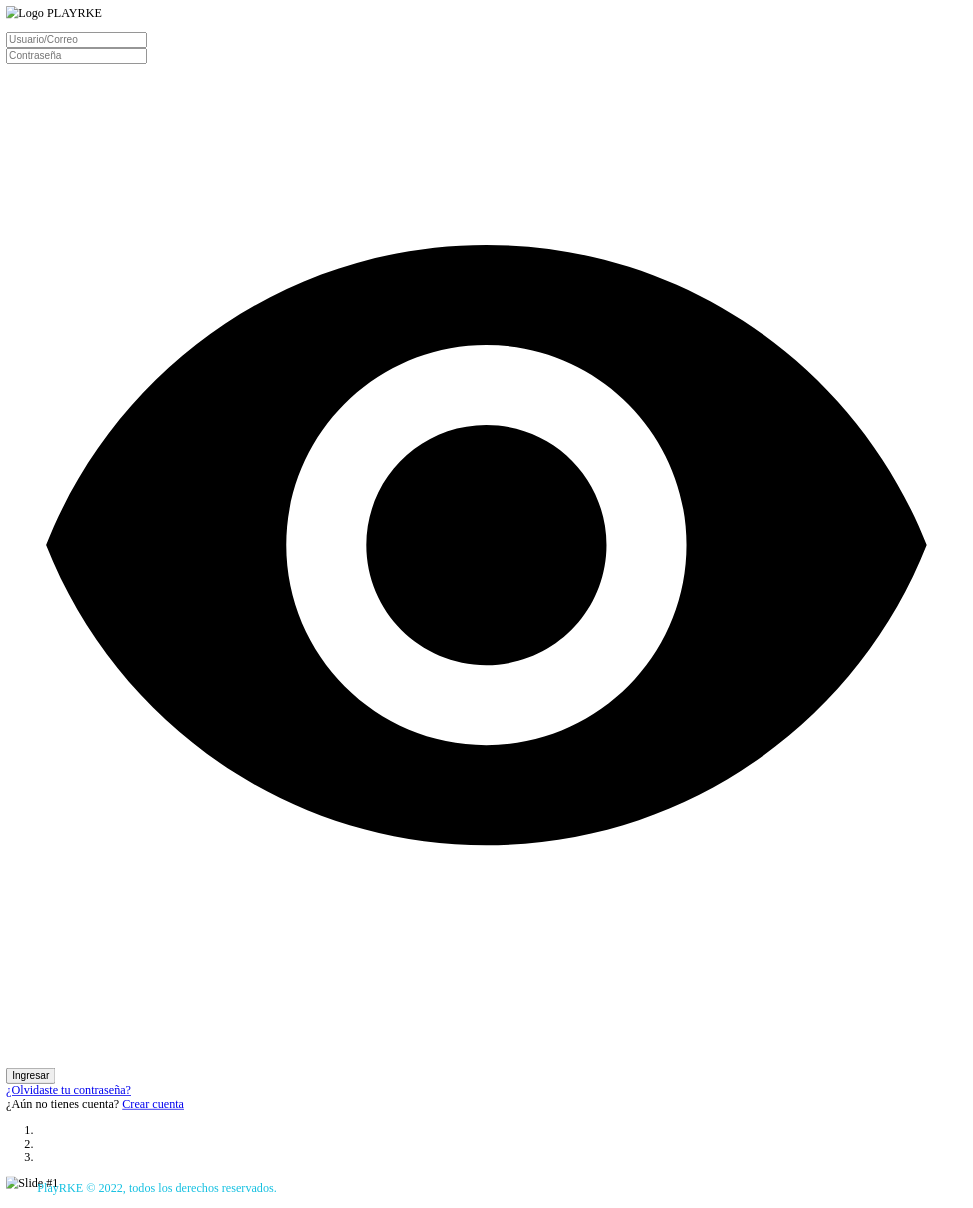
Repository: earo191/RKE
Page: http://localhost/login
The author's editor kept a copy of each file at every save. The page is drawn from the files as they stood at one save, then again after the next save.
The browser window is 1280 px wide. The pictures show the whole page, at 76% of full size.
The page is served by the project's Laravel application, run on PHP 8.4 with Laravel 8. Other server files are loaded and not shown.

Above is the page before, as saved 2022-05-31 15:12:32.
Console error: ReferenceError: $ is not defined

### routes/web.php
<?php

use Illuminate\Support\Facades\Route;

/*
|--------------------------------------------------------------------------
| Web Routes
|--------------------------------------------------------------------------
|
| Here is where you can register web routes for your application. These
| routes are loaded by the RouteServiceProvider within a group which
| contains the "web" middleware group. Now create something great!
|
 */

Route::get('/r/{referralCode}', 'Referidos\ReferralController@link')->name('referral.link');

Route::get('/cookie', function () {
    return Cookie::get('referral');
});

Route::get('/', function () {
    return view('auth.login');
});

Route::get('/modulos/admin/procesarpagos/pago_trivia', function () {
    return view('modulos.admin.procesarpagos.pago_trivia');
});



Route::get('/modulos/user/sala/index', function () {
    return view('modulos.user.sala.index');
});

Auth::routes();

Route::get('/home', 'HomeController@index')->name('home');

Route::group(['prefix' => 'usuario', 'as' => 'usuario.'], function () {
    Route::get('/', 'User\UserController@index')->name('index');
    Route::put('/{id}', 'User\UserController@update')->name('update');

});

Route::group(['prefix' => 'info', 'as' => 'info.'], function () {
    Route::get('/terminos', function () {return view('modulos.user.informacion.terminos'); })->name('terminos');
    Route::get('/quienesomos', function () {return view('modulos.user.informacion.quienesomos'); })->name('quienesomos');
    Route::get('/politicas', function () {return view('modulos.user.informacion.politicas'); })->name('politicas');

});

Route::group(['prefix' => 'recarga', 'as' => 'recarga.'], function () {
    Route::get('/', 'Recarga\RecargasController@index')->name('index');
    Route::get('/aceptadas', 'Recarga\RecargasController@aceptadas')->name('aceptadas');
    Route::get('/rechazadas', 'Recarga\RecargasController@rechazadas')->name('rechazadas');
    Route::get('/{id}', 'Recarga\RecargasController@update')->name('update');
    Route::get('/rechazar/{id}', 'Recarga\RecargasController@rechazar')->name('rechazar');

});

Route::group(['prefix' => 'trivia', 'as' => 'trivia.'], function () {
    Route::get('/', 'trivia\triviaController@index')->name('index');
    Route::get('/trivia-all', 'trivia\triviaController@list')->name('list');
    Route::get('/CrearTrivia', 'trivia\triviaController@create')->name('create');
    Route::post('store', 'trivia\triviaController@store')->name('store');
    Route::get('/{id}', 'trivia\triviaController@show')->name('show');


});

Route::group(['prefix' => 'monedero', 'as' => 'monedero.'], function () {
    Route::get('/', 'monedero\MonederoController@index')->name('index');
    Route::get('/Crear', 'monedero\MonederoController@create')->name('create');
    Route::get('/tranferencia', 'monedero\MonederoController@createTranferencia')->name('createTransfer');
    Route::post('store', 'monedero\MonederoController@store')->name('store');
    // Route::post('store/transfer', 'monedero\MonederoController@storeTranfer')->name('storeTranfer');

});

Route::group(['prefix' => 'banco', 'as' => 'banco.'], function () {
    Route::get('/', 'banco\bancosController@index')->name('index');
    Route::get('/Crear', 'banco\bancosController@create')->name('create');
    Route::get('{id}/edit', 'banco\bancosController@edit')->name('edit');
    Route::post('store', 'banco\bancosController@store')->name('store');
    Route::put('{id}', 'banco\bancosController@update')->name('update');

});

Route::group(['prefix' => 'pagomovil', 'as' => 'pagomovil.'], function () {
    Route::get('/', 'pagomovil\PagoMovilController@index')->name('index');
    Route::get('/Crear', 'pagomovil\PagoMovilController@create')->name('create');
    Route::get('/edit/{id}', 'pagomovil\PagoMovilController@edit')->name('edit');
    Route::post('store', 'pagomovil\PagoMovilController@store')->name('store');
    Route::put('/edit/{id}', 'pagomovil\PagoMovilController@update')->name('update');

});

Route::group(['prefix' => 'tasa', 'as' => 'tasa.'], function(){
    Route::get('/', 'Tasa\TasaController@index')->name('index');
});

// Route::get('/modulos/admin/tasa/index', function () {
//     return view('modulos.admin.tasa.index');
// });

Route::group(['prefix' => 'sala', 'as' => 'sala.'], function () {
    Route::get('/', 'sala\SalaController@index')->name('index');

});

Route::group(['prefix' => 'referidos', 'as' => 'refe.'], function () {
    Route::get('/{referralCode}', 'Referidos\ReferralController@index')->name('index');

});

// Route::get('/modulos/user/sala/index', function () {
//     return view('modulos.user.sala.index');
// });

### resources/views/auth/login.blade.php
@extends('layouts.app_login')


@section('content')
<article class="login__container">
    <header class="login__logo">
      <img src="{{asset('img/play.png')}}" alt="Logo PLAYRKE" class="login__logo__image">
    </header>
    <article class="login__content">
      <p class="login__content__text">

      </p>

      <section class="login__form">
        <form action="{{ route('login') }}" method="post" id="form1">
          <input type="hidden" name="_token" id="token" value="{{csrf_token()}}">
            <article class="login__form__item">
              <input id="login" type="text" class="login__form__item__input @if ($errors->has('username') || $errors->has('email')) is-invalid @endif"name="login"
            value="{{ old('username') ?: old('email') }}" required autocomplete="login" placeholder="Usuario/Correo" utofocus>
                @if ($errors->has('username') || $errors->has('email'))
                    <span class="invalid-feedback" role="alert">
                        <strong>{{ $errors->first('username') ?: $errors->first('email') }}</strong>
                    </span>
                @endif
            </article>
            <article class="login__form__item">
              <input type="hidden"  id="bandera" value="0">
              <input type="password" class="login__form__item__input" id="pass" name="password" placeholder="Contraseña">
              <!-- Inicio SVG -->
              <svg id="view-eye" viewBox="0 0 24 25">
                <path d="M12 4.524c-5 0-9.27 3.11-11 7.5 1.73 4.39 6 7.5 11 7.5s9.27-3.11 11-7.5c-1.73-4.39-6-7.5-11-7.5zm0 12.5c-2.76 0-5-2.24-5-5s2.24-5 5-5 5 2.24 5 5-2.24 5-5 5zm0-8c-1.66 0-3 1.34-3 3s1.34 3 3 3 3-1.34 3-3-1.34-3-3-3z">
                </path>
              </svg>
              <!-- Fin SVG -->
            </article>
        </form>
      </section>

      <section class="login__button">
        <button class="button--1" id="Ingresar">Ingresar</button>
      </section>
    </article>
    <footer class="login__footer">
      <article class="login__footer__item">
        <a href="{{ route('password.request') }}" class="forget-password">¿Olvidaste tu contraseña?</a>
      </article>
      <article class="login__footer__item">
        ¿Aún no tienes cuenta?
        <a href="{{ route('register') }}" title="Crear Cuenta" class="user-register">
          Crear cuenta
        </a>
      </article>
      <div class="" style="position: absolute; margin-top: 77px; color: #14c0e1; margin-left: 41px;">
        <p>PlayRKE © 2022, todos los derechos reservados.</p>
      </div>
    </footer>
</article>

    @endsection

@section('script')

  <script type="text/javascript" src="{{asset('alertify/lib/alertify.min.js')}}"></script>
  <script type="text/javascript">
    $('.carousel').carousel()
    $(document).on('click','#Ingresar', function(e){

          if($(".validar").val()==""){
            alertify.error("Todos los Campos  son Obligatorios");
          }else{
              $('#form1').submit();
          }


        });
    $(document).on('click','#view-eye', function(e){
      if($("#bandera").val()==0){
          $("#pass").attr('type','text');
          $("#bandera").val('1');
      }else{
          $("#pass").attr('type','password');
          $("#bandera").val('0');
      }

    });

  </script>
@endsection

### resources/views/layouts/app_login.blade.php
<!DOCTYPE html>
<html lang="en">
  <head>
    <meta charset="UTF-8">
    <meta http-equiv="X-UA-Compatible" content="IE=edge">
    <meta name="viewport" content="width=device-width, initial-scale=1.0">
    <meta name="keywords" content="PLAYRKE,PLAY-RKE,Natural Activa,Rifa,Rifas,apartado,sistema de apartado,tienda,wy,WY corporation,printfconnection,sorteo,sorteos,ticket,loterias,loterias"/>
    <title>Login (PLAYRKE)</title>
    <!-- Bootstrap 4.6 -->
    <link rel="stylesheet" href="static/css/bootstrap.min.css">
    <!-- Styles -->
    <link rel="stylesheet" href="static/css/styles.css">
    <!-- Fonts -->
    <link rel="preconnect" href="https://fonts.gstatic.com">
    <link href="https://fonts.googleapis.com/css2?family=Roboto:wght@300;400;700&display=swap" rel="stylesheet">
    <link rel="stylesheet" href="{{asset('template/plugins/datatables-bs4/css/dataTables.bootstrap4.css')}}">
    <link  rel="stylesheet" href="{{asset('alertify/themes/alertify.core.css')}}">
    <link rel="stylesheet"  href="{{asset('alertify/themes/alertify.default.css')}}">
    <link rel="shortcat icon" href="{{ asset('img/favi.png') }}">
  </head>
  <body>


  <main class="login l-container">

  @yield('content')




  <section class="login__carousel">
                    <!-- Inicio Carousel (Bootstrap) -->

                    <div id="carouselExampleFade" class="carousel slide carousel-fade" data-ride="carousel">

                    <!-- Inicio indicadores del banner -->
                    <ol class="carousel-indicators">
                        <li data-target="#carouselExampleIndicators" data-slide-to="0" class="active"></li>
                        <li data-target="#carouselExampleIndicators" data-slide-to="1"></li>
                        <li data-target="#carouselExampleIndicators" data-slide-to="2"></li>
                    </ol>
                    <!-- Fin indicadores del banner -->

                    <!-- Inicio slides -->
                    <div class="carousel-inner">
                        <div class="carousel-item active">
                        <img src="static/images/slider/1.png" alt="Slide #1" class="login__carousel__image">
                        <div class="login__carousel__copy">
                        <!--  <h1 class="login__carousel__copy__title">Pos</h1>-->
                        <!-- <p class="login__carousel__copy__description">
                            Crea facturas fácil y rápido desde tus puntos de venta.
                            </p>-->
                            {{-- <a href="#" class="login__carousel__copy__button">
                            Ver más
                            </a> --}}
                        </div>
                        </div>
                        {{-- <div class="carousel-item">
                        <img src="static/images/slider/2.png" alt="Slide #1" class="login__carousel__image">
                        </div>
                        <div class="carousel-item">
                        <img src="static/images/slider/3.png" alt="Slide #1" class="login__carousel__image">
                        </div> --}}
                    </div>
                    <!-- Fin slides -->

                    <!-- Inicio contenido fijo -->
                    {{-- <article class="login__carousel__content">
                        <section class="login__carousel__content__top">
                        <p class="login__carousel__text">
                            Para ayudarte escríbenos en
                            <a href="#" class="login__carousel__button">printfconnection@gmail.com</a>
                        </p>
                        </section>
                        <section class="login__carousel__content__bottom">
                        <p class="login__carousel__text">
                            Síguenos en Facabook
                        </p>
                        <a href="https://www.facebook.com/playrke" target="_blank">

                        <article class="login__carousel__social">

                            <section class="login__carousel__social__item">
                            <!-- Inicio SVG -->

                            <svg width="48" height="48" viewBox="0 0 48 48" fill="none" xmlns="http://www.w3.org/2000/svg">
                                <path d="M0 24C0 10.7452 10.7452 0 24 0C37.2548 0 48 10.7452 48 24C48 37.2548 37.2548 48 24 48C10.7452 48 0 37.2548 0 24Z" fill="#3B5998"/>
                                <path d="M26.5015 38.1115V25.0542H30.1059L30.5836 20.5546H26.5015L26.5077 18.3025C26.5077 17.1289 26.6192 16.5001 28.3048 16.5001H30.5581V12H26.9532C22.6231 12 21.0991 14.1828 21.0991 17.8536V20.5551H18.4V25.0547H21.0991V38.1115H26.5015Z" fill="white"/>
                                </svg>


                            <!-- Fin SVG -->
                            </section>
                        <!--   <section class="login__carousel__social__item">

                            <svg id="social-twitter" viewBox="0 0 24 25">
                                <path d="M20 6.562a6.569 6.569 0 0 1-1.885.517 3.29 3.29 0 0 0 1.443-1.816 6.542 6.542 0 0 1-2.084.798 3.283 3.283 0 0 0-5.596 2.993 9.317 9.317 0 0 1-6.765-3.43 3.272 3.272 0 0 0-.444 1.651c0 1.138.58 2.144 1.46 2.732a3.266 3.266 0 0 1-1.487-.41v.041a3.285 3.285 0 0 0 2.633 3.22 3.29 3.29 0 0 1-1.482.056 3.286 3.286 0 0 0 3.066 2.28A6.585 6.585 0 0 1 4 16.554a9.3 9.3 0 0 0 5.033 1.474c6.037 0 9.339-5.002 9.339-9.34 0-.142-.003-.283-.01-.425A6.726 6.726 0 0 0 20 6.563z"></path>
                            </svg>

                            </section>-->
                        <!--   <section class="login__carousel__social__item">

                            <svg id="social-twitter" viewBox="0 0 24 25">
                                <path d="M20 6.562a6.569 6.569 0 0 1-1.885.517 3.29 3.29 0 0 0 1.443-1.816 6.542 6.542 0 0 1-2.084.798 3.283 3.283 0 0 0-5.596 2.993 9.317 9.317 0 0 1-6.765-3.43 3.272 3.272 0 0 0-.444 1.651c0 1.138.58 2.144 1.46 2.732a3.266 3.266 0 0 1-1.487-.41v.041a3.285 3.285 0 0 0 2.633 3.22 3.29 3.29 0 0 1-1.482.056 3.286 3.286 0 0 0 3.066 2.28A6.585 6.585 0 0 1 4 16.554a9.3 9.3 0 0 0 5.033 1.474c6.037 0 9.339-5.002 9.339-9.34 0-.142-.003-.283-.01-.425A6.726 6.726 0 0 0 20 6.563z"></path>
                            </svg>

                            </section>-->
                        </article>
                        </a>
                        </section>
                    </article> --}}
                    <!-- Fin contenido fijo -->

                    </div>
                    <!-- Fin Carousel (Bootstrap) -->
                </section>
                </main>

  <script src="static/js/jquery-3.5.1.slim.min.js"></script>
    <script src="static/js/bootstrap.min.js"></script>
    <script>
      $('.carousel').carousel()
    </script>
@yield ('script')
  </body>
</html>

### public/alertify/themes/alertify.core.css
.alertify,
.alertify-show,
.alertify-log {
	-webkit-transition: all 500ms cubic-bezier(0.175, 0.885, 0.320, 1.275);
	   -moz-transition: all 500ms cubic-bezier(0.175, 0.885, 0.320, 1.275);
	    -ms-transition: all 500ms cubic-bezier(0.175, 0.885, 0.320, 1.275);
	     -o-transition: all 500ms cubic-bezier(0.175, 0.885, 0.320, 1.275);
	        transition: all 500ms cubic-bezier(0.175, 0.885, 0.320, 1.275); /* easeOutBack */
}
.alertify-hide {
	-webkit-transition: all 250ms cubic-bezier(0.600, -0.280, 0.735, 0.045);
	   -moz-transition: all 250ms cubic-bezier(0.600, -0.280, 0.735, 0.045);
	    -ms-transition: all 250ms cubic-bezier(0.600, -0.280, 0.735, 0.045);
	     -o-transition: all 250ms cubic-bezier(0.600, -0.280, 0.735, 0.045);
	        transition: all 250ms cubic-bezier(0.600, -0.280, 0.735, 0.045); /* easeInBack */
}
.alertify-log-hide {
	-webkit-transition: all 500ms cubic-bezier(0.600, -0.280, 0.735, 0.045);
	   -moz-transition: all 500ms cubic-bezier(0.600, -0.280, 0.735, 0.045);
	    -ms-transition: all 500ms cubic-bezier(0.600, -0.280, 0.735, 0.045);
	     -o-transition: all 500ms cubic-bezier(0.600, -0.280, 0.735, 0.045);
	        transition: all 500ms cubic-bezier(0.600, -0.280, 0.735, 0.045); /* easeInBack */
}
.alertify-cover {
	position: fixed; z-index: 99999;
	top: 0; right: 0; bottom: 0; left: 0;
	background-color:white;
	filter:alpha(opacity=0);
	opacity:0;
}
	.alertify-cover-hidden {
		display: none;
	}
.alertify {
	position: fixed; z-index: 99999;
	top: 50px; left: 50%;
	width: 550px;
	margin-left: -275px;
	opacity: 1;
}
	.alertify-hidden {
		-webkit-transform: translate(0,-150px);
		   -moz-transform: translate(0,-150px);
		    -ms-transform: translate(0,-150px);
		     -o-transform: translate(0,-150px);
		        transform: translate(0,-150px);
		opacity: 0;
		display: none;
	}
	/* overwrite display: none; for everything except IE6-8 */
	:root *> .alertify-hidden {
		display: block;
		visibility: hidden;
	}
.alertify-logs {
	position: fixed;
	z-index: 5000;
	bottom: 10px;
	right: 10px;
	width: 300px;
}
.alertify-logs-hidden {
	display: none;
}
	.alertify-log {
		display: block;
		margin-top: 10px;
		position: relative;
		right: -300px;
		opacity: 0;
	}
	.alertify-log-show {
		right: 0;
		opacity: 1;
	}
	.alertify-log-hide {
		-webkit-transform: translate(300px, 0);
		   -moz-transform: translate(300px, 0);
		    -ms-transform: translate(300px, 0);
		     -o-transform: translate(300px, 0);
		        transform: translate(300px, 0);
		opacity: 0;
	}
	.alertify-dialog {
		padding: 25px;
	}
		.alertify-resetFocus {
			border: 0;
			clip: rect(0 0 0 0);
			height: 1px;
			margin: -1px;
			overflow: hidden;
			padding: 0;
			position: absolute;
			width: 1px;
		}
		.alertify-inner {
			text-align: center;
		}
		.alertify-text {
			margin-bottom: 15px;
			width: 100%;
			-webkit-box-sizing: border-box;
			   -moz-box-sizing: border-box;
			        box-sizing: border-box;
			font-size: 100%;
		}
		.alertify-buttons {
		}
			.alertify-button,
			.alertify-button:hover,
			.alertify-button:active,
			.alertify-button:visited {
				background:#000;
				text-decoration: none;
				border: none;
				/* line-height and font-size for input button */
				line-height: 1.5;
				font-size: 100%;
				display: inline-block;
				cursor: pointer;
				margin-left: 5px;
			}

@media only screen and (max-width: 680px) {
	.alertify,
	.alertify-logs {
		width: 90%;
		-webkit-box-sizing: border-box;
		   -moz-box-sizing: border-box;
		        box-sizing: border-box;
	}
	.alertify {
		left: 5%;
		margin: 0;
	}
}

### public/alertify/themes/alertify.default.css
/**
 * Twitter Bootstrap Look and Feel
 * Based on http://twitter.github.com/bootstrap/
 */
 .alertify,
 .alertify-log {
	 font-family: sans-serif;
 }
 .alertify {
	 background: #FFF;
	 border: 1px solid #8E8E8E; /* browsers that don't support rgba */
	 border: 1px solid rgba(0,0,0,.3);
	 border-radius: 6px;
	 box-shadow: 0 3px 7px rgba(0,0,0,.3);
	 -webkit-background-clip: padding;     /* Safari 4? Chrome 6? */
		-moz-background-clip: padding;     /* Firefox 3.6 */
			 background-clip: padding-box; /* Firefox 4, Safari 5, Opera 10, IE 9 */
 }
 .alertify-dialog {
	 padding: 0;
 }
	 .alertify-inner {
		 text-align: left;
	 }
		 .alertify-message {
			 padding: 15px;
			 margin: 0;
		 }
		 .alertify-text-wrapper {
			 padding: 0 15px;
		 }
			 .alertify-text {
				 color: #555;
				 border-radius: 4px;
				 padding: 8px;
				 background-color: #FFF;
				 border: 1px solid #CCC;
				 box-shadow: inset 0 1px 1px rgba(0,0,0,.075);
			 }
			 .alertify-text:focus {
				 border-color: rgba(82,168,236,.8);
				 outline: 0;
				 box-shadow: inset 0 1px 1px rgba(0,0,0,.075), 0 0 8px rgba(82,168,236,.6);
			 }

		 .alertify-buttons {
			 padding: 14px 15px 15px;
			 background: #F5F5F5;
			 border-top: 1px solid #DDD;
			 border-radius: 0 0 6px 6px;
			 box-shadow: inset 0 1px 0 #FFF;
			 text-align: right;
		 }
			 .alertify-button,
			 .alertify-button:hover,
			 .alertify-button:focus,
			 .alertify-button:active {
				 margin-left: 10px;
				 border-radius: 4px;
				 font-weight: normal;
				 padding: 4px 12px;
				 text-decoration: none;
				 box-shadow: inset 0 1px 0 rgba(255, 255, 255, .2), 0 1px 2px rgba(0, 0, 0, .05);
				 background-image: -webkit-linear-gradient(top, rgba(255,255,255,.3), rgba(255,255,255,0));
				 background-image:    -moz-linear-gradient(top, rgba(255,255,255,.3), rgba(255,255,255,0));
				 background-image:     -ms-linear-gradient(top, rgba(255,255,255,.3), rgba(255,255,255,0));
				 background-image:      -o-linear-gradient(top, rgba(255,255,255,.3), rgba(255,255,255,0));
				 background-image:         linear-gradient(top, rgba(255,255,255,.3), rgba(255,255,255,0));
			 }
			 .alertify-button:focus {
				 outline: none;
				 box-shadow: 0 0 5px #2B72D5;
			 }
			 .alertify-button:active {
				 position: relative;
				 box-shadow: inset 0 2px 4px rgba(0,0,0,.15), 0 1px 2px rgba(0,0,0,.05);
			 }
				 .alertify-button-cancel,
				 .alertify-button-cancel:hover,
				 .alertify-button-cancel:focus,
				 .alertify-button-cancel:active {
					 text-shadow: 0 -1px 0 rgba(255,255,255,.75);
					 background-color: #E6E6E6;
					 border: 1px solid #BBB;
					 color: #333;
					 background-image: -webkit-linear-gradient(top, #FFF, #E6E6E6);
					 background-image:    -moz-linear-gradient(top, #FFF, #E6E6E6);
					 background-image:     -ms-linear-gradient(top, #FFF, #E6E6E6);
					 background-image:      -o-linear-gradient(top, #FFF, #E6E6E6);
					 background-image:         linear-gradient(top, #FFF, #E6E6E6);
				 }
				 .alertify-button-cancel:hover,
				 .alertify-button-cancel:focus,
				 .alertify-button-cancel:active {
					 background: #E6E6E6;
				 }
				 .alertify-button-ok,
				 .alertify-button-ok:hover,
				 .alertify-button-ok:focus,
				 .alertify-button-ok:active {
					 text-shadow: 0 -1px 0 rgba(0,0,0,.25);
					 background-color: #04C;
					 border: 1px solid #04C;
					 border-color: #04C #04C #002A80;
					 border-color: rgba(0, 0, 0, 0.1) rgba(0, 0, 0, 0.1) rgba(0, 0, 0, 0.25);
					 color: #FFF;
				 }
				 .alertify-button-ok:hover,
				 .alertify-button-ok:focus,
				 .alertify-button-ok:active {
					 background: #04C;
				 }

 .alertify-log {
	 background: #D9EDF7;
	 padding: 8px 14px;
	 border-radius: 4px;
	 color: #3A8ABF;
	 text-shadow: 0 1px 0 rgba(255,255,255,.5);
	 border: 1px solid #BCE8F1;
 }
	 .alertify-log-error {
		 color: #B94A48;
		 background: #F2DEDE;
		 border: 1px solid #EED3D7;
	 }
	 .alertify-log-success {
		 color: #468847;
		 background: #DFF0D8;
		 border: 1px solid #D6E9C6;
	 }

Loaded but not shown: app/Http/Controllers/Auth/LoginController.php (common file); app/Http/Controllers/Controller.php (common file); app/Http/Controllers/Auth/ConfirmPasswordController.php (common file); public/template/plugins/datatables-bs4/css/dataTables.bootstrap4.css (library); public/alertify/lib/alertify.min.js (library)

After the next save:
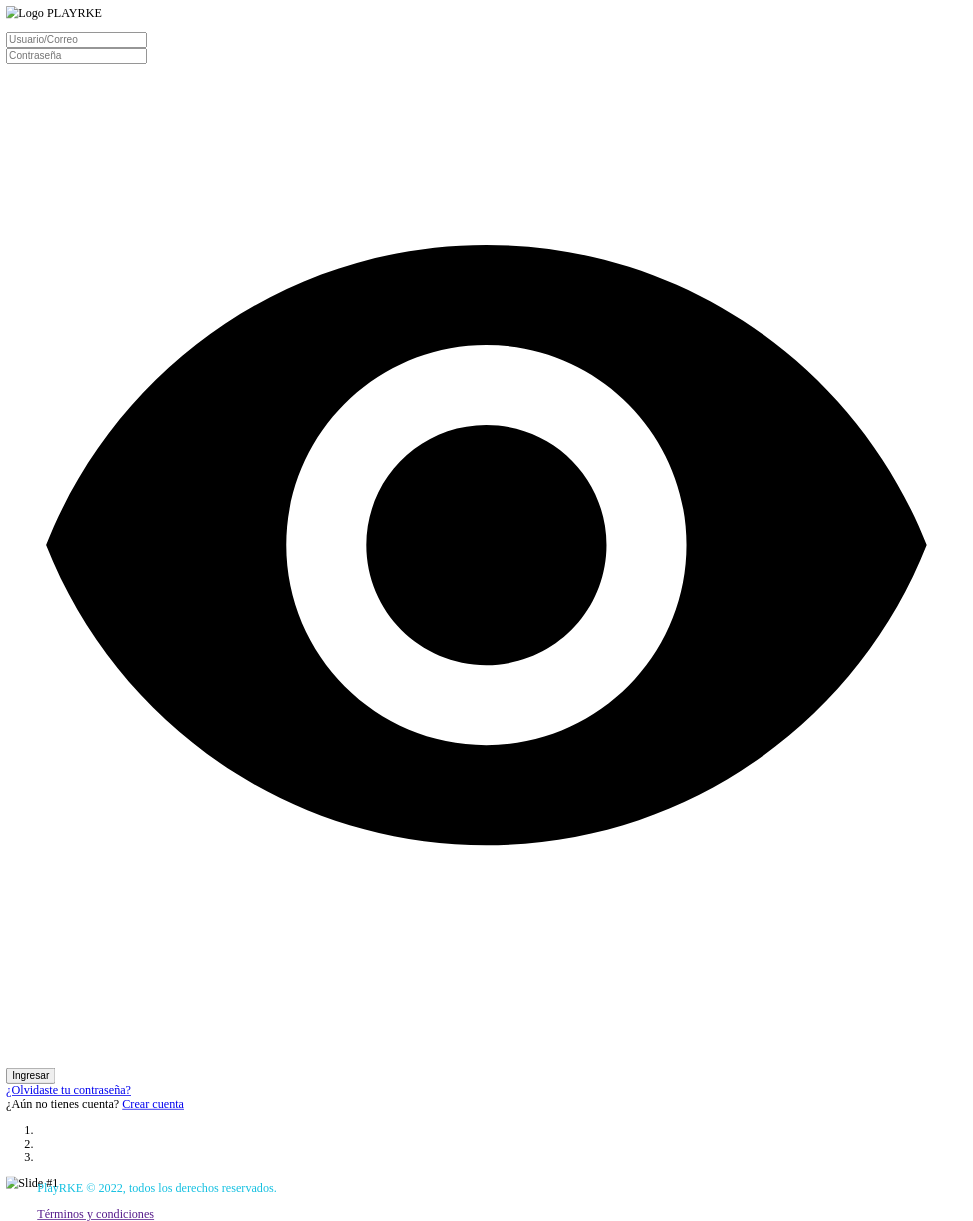
Saved 37 s later.
--- a/resources/views/auth/login.blade.php
+++ b/resources/views/auth/login.blade.php
@@ -52,6 +52,7 @@
       </article>
       <div class="" style="position: absolute; margin-top: 77px; color: #14c0e1; margin-left: 41px;">
         <p>PlayRKE © 2022, todos los derechos reservados.</p>
+        <a href="">Términos y condiciones</a>
       </div>
     </footer>
 </article>
